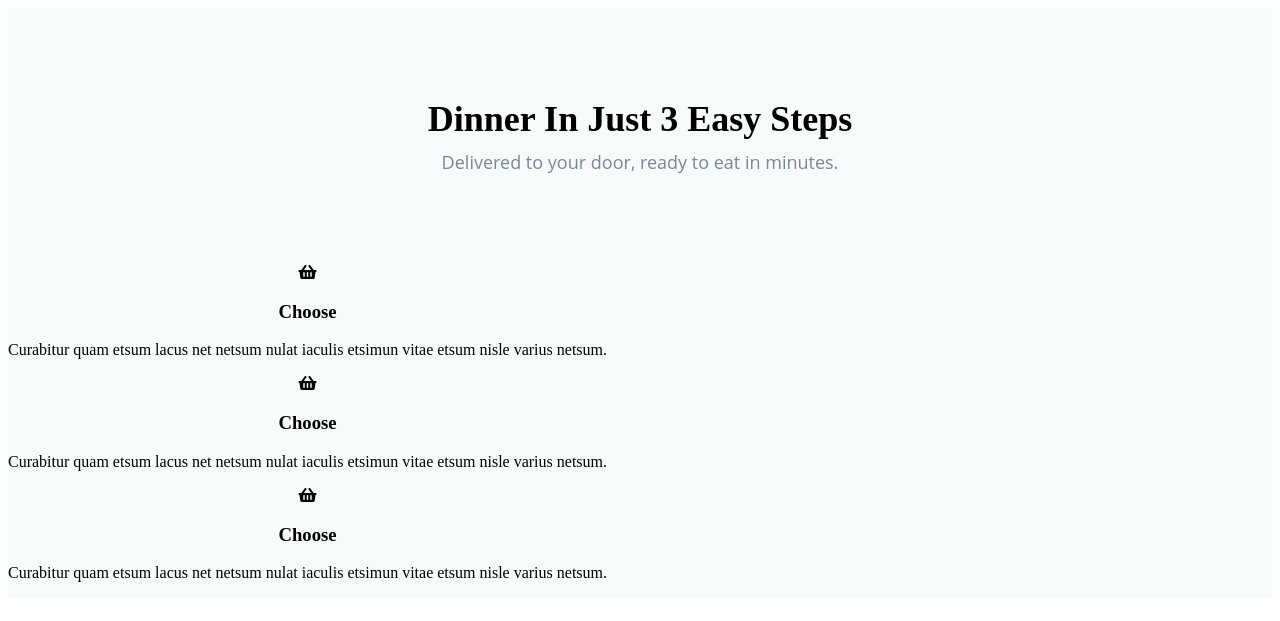
Repository: ST-United-Internship/leadpage
Page: icons-UI.html
The author's editor kept a copy of each file at every save. The page is drawn from the files as they stood at one save, then again after the next save.
The browser window is 1280 px wide. The pictures show the whole page.

Above is the page before, as saved 2023-03-15 09:56:32.

After the next save:
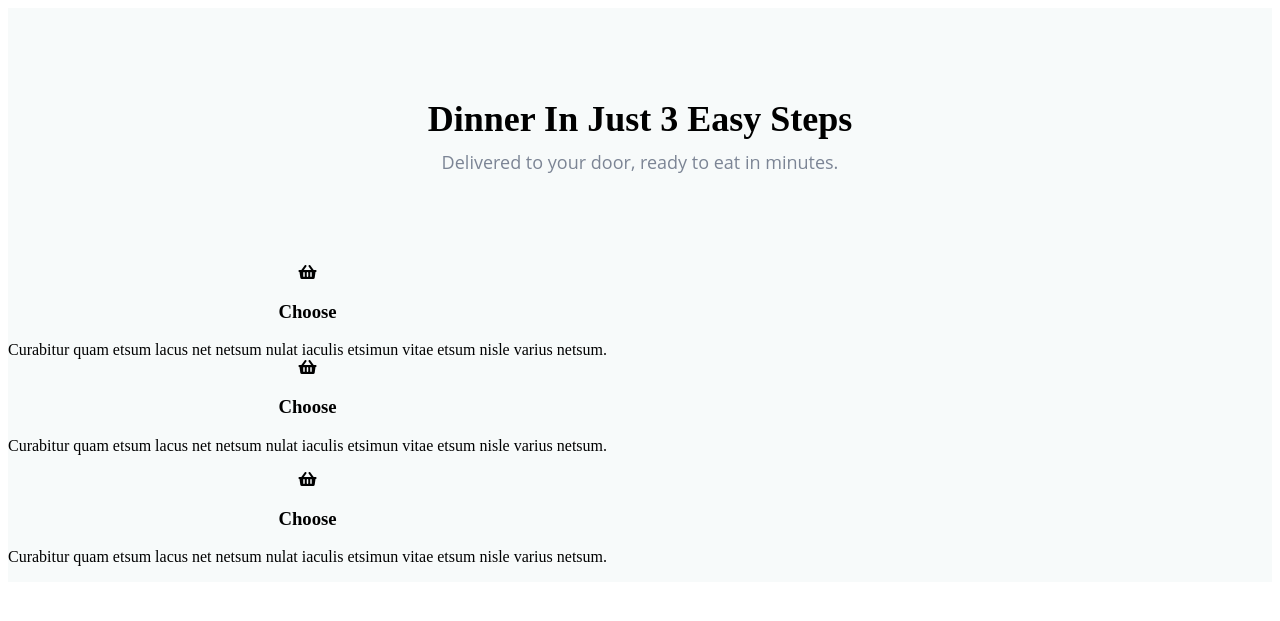
Saved 46 s later.
--- a/icons-UI.html
+++ b/icons-UI.html
@@ -19,7 +19,9 @@
                 <div class="main">
                     <i class="fas fa-shopping-basket"></i>
                     <h3>Choose</h3>
-                    <p>Curabitur quam etsum lacus net netsum nulat iaculis etsimun vitae etsum nisle varius netsum.</p>
+                    <div>Curabitur quam etsum lacus net
+                        netsum nulat iaculis etsimun vitae etsum nisle
+                         varius netsum.</div>
                 </div>
                 <div class="main">
                     <i class="fas fa-shopping-basket"></i>

After the save that followed:
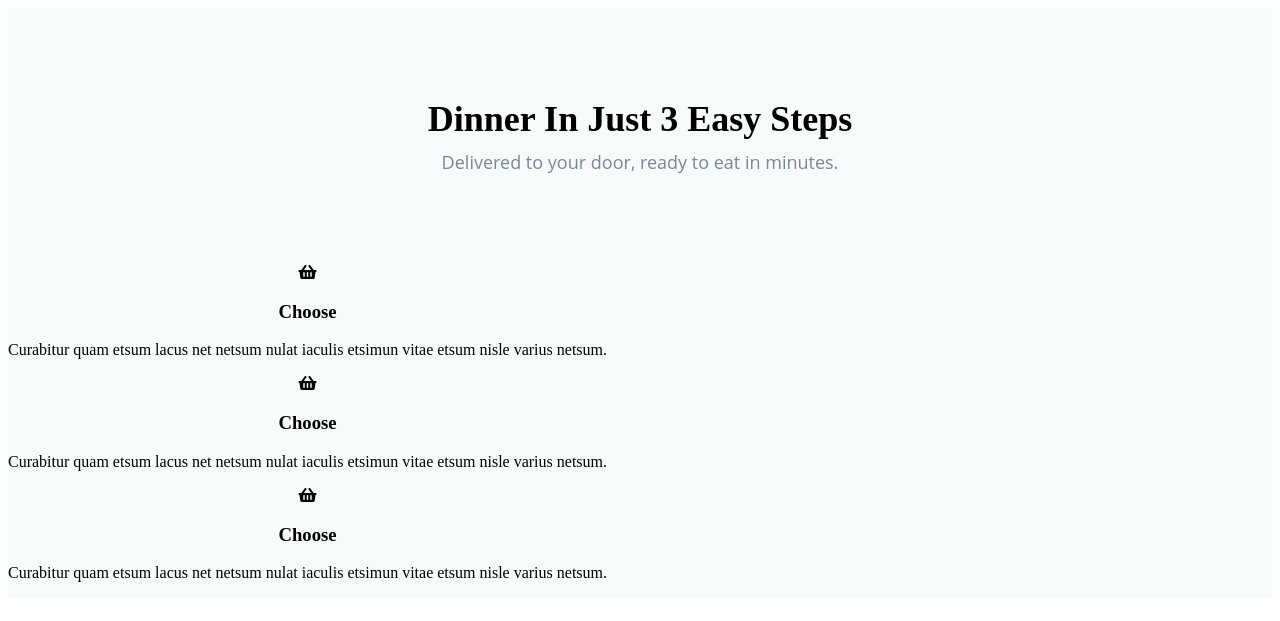
Saved 55 s later.
--- a/icons-UI.html
+++ b/icons-UI.html
@@ -19,9 +19,7 @@
                 <div class="main">
                     <i class="fas fa-shopping-basket"></i>
                     <h3>Choose</h3>
-                    <div>Curabitur quam etsum lacus net
-                        netsum nulat iaculis etsimun vitae etsum nisle
-                         varius netsum.</div>
+                    <p>Curabitur quam etsum lacus net netsum nulat iaculis etsimun vitae etsum nisle varius netsum.</p>
                 </div>
                 <div class="main">
                     <i class="fas fa-shopping-basket"></i>
